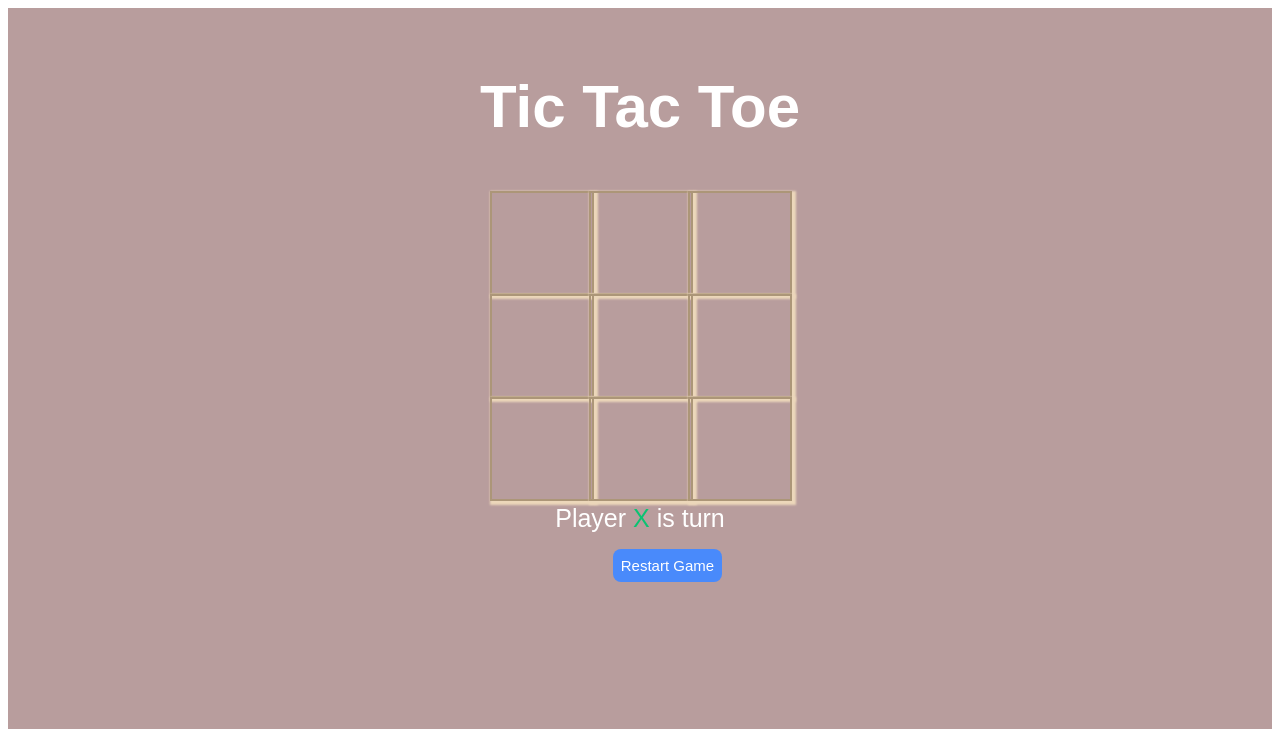
Repository: sedashahnazaryan/tic-tac-too
Page: index.html
The author's editor kept a copy of each file at every save. The page is drawn from the files as they stood at one save, then again after the next save.
The browser window is 1280 px wide. The pictures show the whole page.

Above is the page before, as saved 2022-02-01 21:57:27.

### index.html
<!DOCTYPE html>
<html lang="en">
  <head>
    <meta charset="UTF-8" />
    <meta http-equiv="X-UA-Compatible" content="IE=edge" />
    <meta name="viewport" content="width=device-width, initial-scale=1.0" />
    <link rel="stylesheet" href="./index.css" />
    <title>Tic-Tac-Toe</title>
  </head>
  <main class="background">
      <!-- Վերնագիր -->
    <section class="title">
        <h1>Tic Tac Toe</h1>
    </section>
      <!-- Խաղատախտակ -->
    <section class="container">
        <div class="tile"></div>
        <div class="tile"></div>
        <div class="tile"></div>
        <div class="tile"></div>
        <div class="tile"></div>
        <div class="tile"></div>
        <div class="tile"></div>
        <div class="tile"></div>
        <div class="tile"></div>
    </section>
    <!-- Խաղացողներ X և O -->
    <section class="display">
         Player <span class="display-player playerX">X</span> is turn
    </section>
    <!-- Խաղի արդյունքը -->
    <!-- <section class="display announcer hide"></section> -->
     <!-- Խաղը հսկողները -->
    <section class="controls">
        <!-- Նոր խաղ -->
        <button id="restart">Restart Game</button>
    </section>
</main>
  <body>
    <script src="index.js"></script>
  </body>
</html>

### index.css
* {
    padding: 0;
    /* margin: 0; */
    font-family: sans-serif;
}
.background{
    background-color: #b89d9d;
    height: 100vh;
    padding-top:1px;
}
.title{

    color: white;
    text-align: center;
    font-size: 40px;
    margin-top: 5%;

}
.display
{
    color:white;
    font-size: 25px;
    text-align: center;
    margin-top: 1px;
    margin-bottom: 1pc;
}
.hide{
    display: none;
}
.container {
    margin: 0 auto;
    display: grid;
    grid-template-columns: 33% 33% 33%;
    grid-template-rows: 33% 33% 33%;
     max-width: 300px;

}
.tile {
    border: 2px solid rgb(15, 15, 15);
    min-width: 100px;
    min-height: 100px;
    display: flex;
    justify-content: center;
    align-items: center;
    font-size: 50px;
    cursor: pointer;

 font-family:  cursive;
    width: 100px;
    height: 100px;
    box-shadow: 2px 2px 2px 2px  #ecd7ba;
    border: 2px solid #ac9678;
    cursor: pointer;
    line-height: 100px;
    font-size: 60px;
}
.playerX {
    color: #09C372;
}

.playerO {
    color: #498AFB;
}
.contrtols{
    display: flex;
    flex-direction: row;
    justify-content:center;
    align-items: center;
    margin-top: 1cm;
}
#restart{
    background-color: #498AFB;
    color: white;
    padding: 8px;
    border-radius: 8px;
    border: none;
    font-size: 15px;
    margin-left: 16cm;
    cursor: pointer;

}

### index.js
// HTML ի կապումը
window.addEventListener("DOMContentLoaded", () => {
  const tiles = Array.from(document.querySelectorAll(".tile"));
  const playerDisplay = document.querySelector(".display-player");
  const restartButton = document.querySelector("#restart");
  const announcer = document.querySelector(".announcer");

  let board = ["", "", "", "", "", "", "", "", ""];
  let currentPlayer = "X";
  let isGameActive = true;

  const PLAYERX_WON = "PLAYERX_WON";
  const PLAYERO_WON = "PLAYERO_WON";
  const TIE = "TIE";
  /*
   Indexes within the board
   [0] [1] [2]
   [3] [4] [5]
   [6] [7] [8]
*/
  // հորիզոնական,ուղղահայաց,անկյունագծերով
  const winningConditions = [
    [0, 1, 2],
    [3, 4, 5],
    [6, 7, 8],
    [0, 3, 6],
    [1, 4, 7],
    [2, 5, 8],
    [0, 4, 8],
    [2, 4, 6],
  ];
   // խաղի կանոնները
  function handleResultValidation() {
    let roundWon = false;
    for (let i = 0; i <= 7; i++) {
      const winCondition = winningConditions[i];
      const a = board[winCondition[0]];
      const b = board[winCondition[1]];
      const c = board[winCondition[2]];
      if (a === "" || b === "" || c === "") {
        continue;
      }
    //  հաղթանակ
      if (a === b && b === c) {
        roundWon = true;
        break;
      }
    }
    // հաղթող կողմի հայտարարում
    if (roundWon) {
      announce(currentPlayer === "X" ? PLAYERX_WON : PLAYERO_WON);
      isGameActive = false;
      return;
    }
  //  ոչ ոքի
    if (!board.includes("")) announce(TIE);
  }

//   այս ֆունկցիան կապահովի խաղի վերջնական արդյունքը և կթարմացնի այն
  const announce = (type) => {
    switch (type) {
      case PLAYERO_WON:
        announcer.innerHTML = 'Player <span class="playerO">O</span> Won';
        break;
      case PLAYERX_WON:
        announcer.innerHTML = 'Player <span class="playerX">X</span> Won';
        break;
      case TIE:
        announcer.innerText = "Tie";
    }
    announcer.classList.remove("hide");
  };

  //   միայն դատարկ վանդակներում կարելի է քայլ կատարել
  const isValidAction = (tile) => {
    if (tile.innerText === "X" || tile.innerText === "O") {
      return false;
    }

    return true;
  };


  const updateBoard = (index) => {
    board[index] = currentPlayer;
  };

//   խաղի հաջորդական փոփոխությունն է ապահովվում
  const changePlayer = () => {
    playerDisplay.classList.remove(`player${currentPlayer}`);
    currentPlayer = currentPlayer === "X" ? "O" : "X";
    playerDisplay.innerText = currentPlayer;
    playerDisplay.classList.add(`player${currentPlayer}`);
  };

  const userAction = (tile, index) => {
    if (isValidAction(tile) && isGameActive) {
      tile.innerText = currentPlayer;
      tile.classList.add(`player${currentPlayer}`);
      updateBoard(index);
      handleResultValidation();
      changePlayer();
    }
  };
  const restartBoard = () => {
    board = ["", "", "", "", "", "", "", "", ""];
    isGameActive = true;
    announcer.classList.add("hide");

    if (currentPlayer === "O") {
      changePlayer();
    }

    tiles.forEach((tile) => {
      tile.innerText = "";
      tile.classList.remove("playerX");
      tile.classList.remove("playerO");
    });
  };
  tiles.forEach((tile, index) => {
    tile.addEventListener("click", () => userAction(tile, index));
  });
  restartButton.addEventListener("click", restartBoard);
});

After the next save:
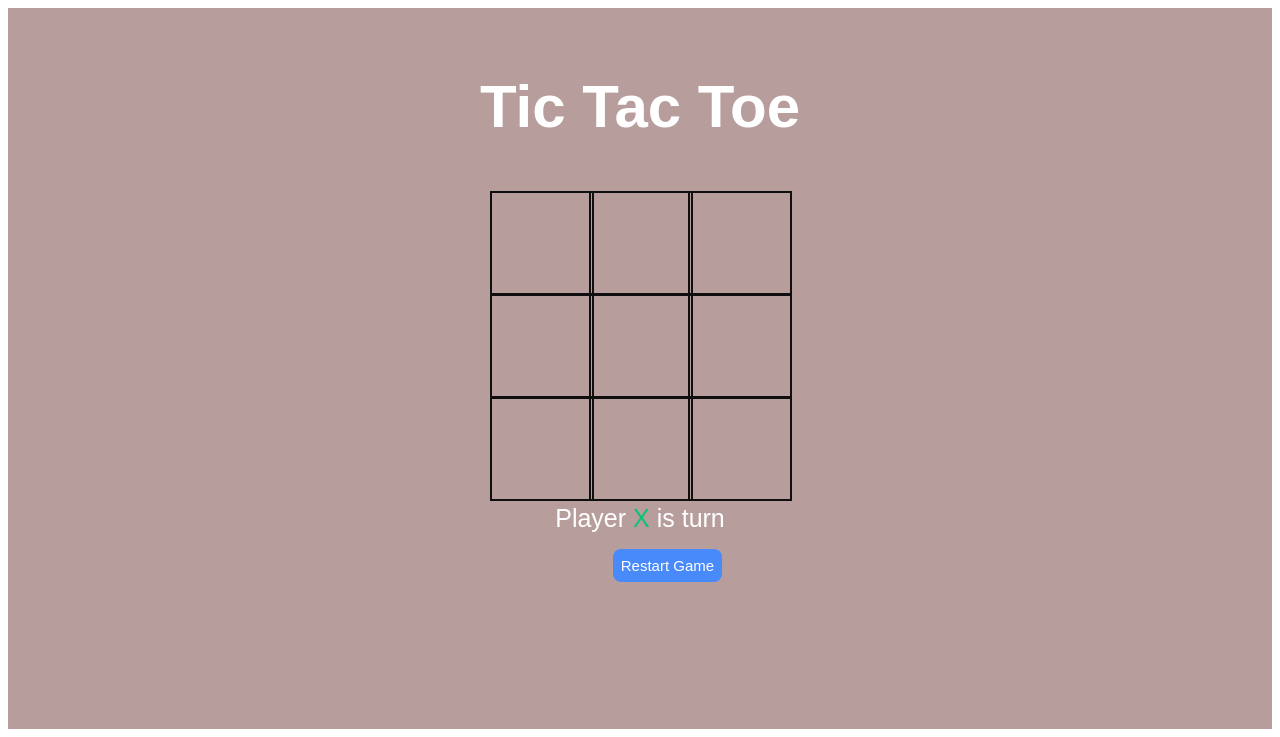
Saved 12 s later.
--- a/index.css
+++ b/index.css
@@ -45,14 +45,6 @@
     font-size: 50px;
     cursor: pointer;
 
- font-family:  cursive;
-    width: 100px;
-    height: 100px;
-    box-shadow: 2px 2px 2px 2px  #ecd7ba;
-    border: 2px solid #ac9678;
-    cursor: pointer;
-    line-height: 100px;
-    font-size: 60px;
 }
 .playerX {
     color: #09C372;
